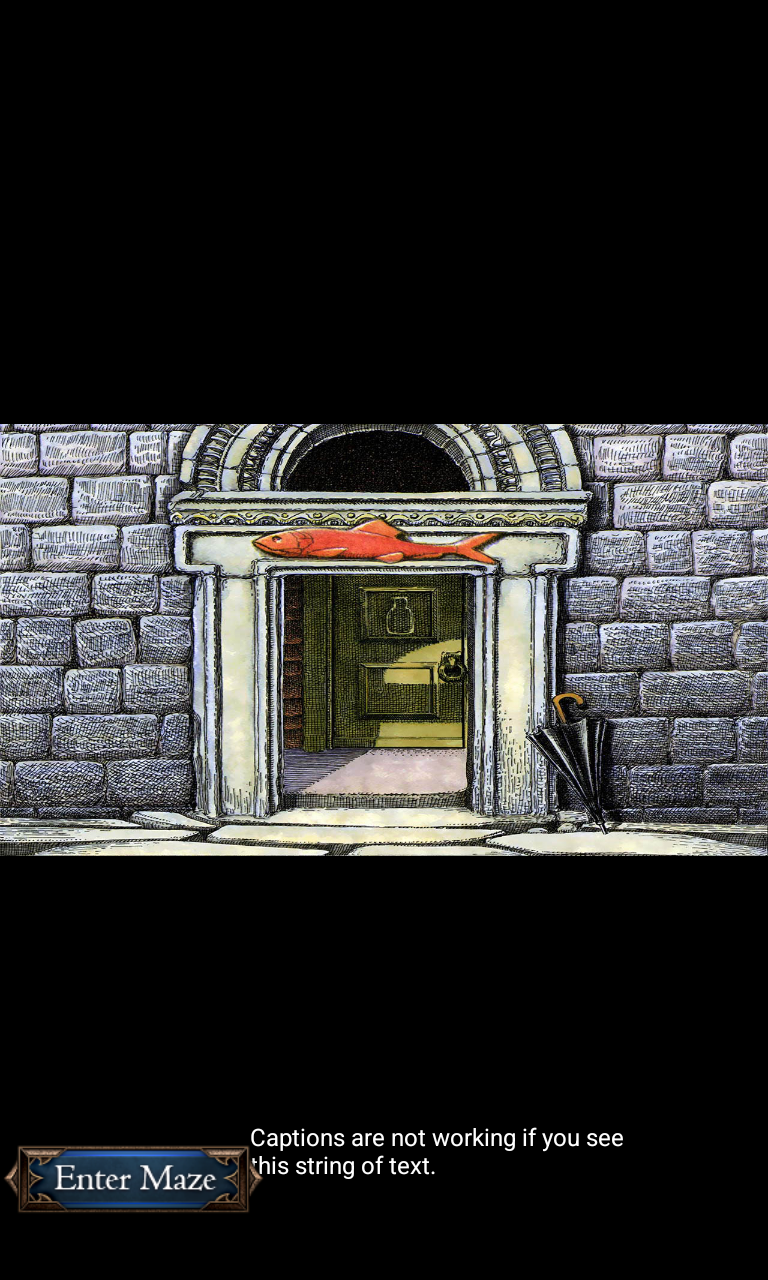
Repository: RandyLedbetter/maze
Layout: MazeTest/res/layout/activity_main.xml
An editor plug-in stored every save of this project. The layout is shown before and after the next save, followed by the edit.
It is drawn on a 768 x 1280 px phone screen (xhdpi) without system bars, with theme android:Theme.NoTitleBar.Fullscreen; the app's code is not run.

Above is the layout before, as saved 2014-04-24 01:35:53.

### MazeTest/res/layout/activity_main.xml
<FrameLayout xmlns:android="http://schemas.android.com/apk/res/android"
     xmlns:tools="http://schemas.android.com/tools"
	 android:id="@+id/my_frame"
	 android:layout_width="fill_parent"
	 android:layout_height="fill_parent"
	 android:background="@color/background" >
	<ImageView
	 android:id="@+id/image_areas"
	 android:layout_width="fill_parent"
	 android:layout_height="fill_parent"
	 android:scaleType="fitCenter"
	 android:visibility="invisible"
	 android:contentDescription="@string/desc"
	 android:src="@drawable/image_map0"
	 />
	 <ImageView
	 android:id="@+id/image"
	 android:layout_width="fill_parent"
	 android:layout_height="fill_parent"
	 android:scaleType="fitCenter"
	 android:contentDescription="@string/desc"
	 android:src="@drawable/room0"
	 />
	 <TextView
      android:id="@+id/txtDisplay"
      android:layout_width="match_parent"
      android:layout_height="wrap_content"
      android:minHeight="@dimen/captions_height"
      android:maxHeight="@dimen/captions_height"
      android:layout_gravity="bottom"
      android:layout_marginLeft="@dimen/captions_left_margin"
      android:layout_marginRight="@dimen/captions_right_margin"
      android:layout_marginBottom="@dimen/captions_bottom_margin"
      android:background="#BB000000"
      android:textSize="@dimen/font_size"
      android:textColor="#FFFFFF"
      android:padding="5dp"
      android:typeface="sans"
      android:text="@string/captions" />

	 <Button
	     android:id="@+id/enter_maze_button"
	     android:layout_width="wrap_content"
	     android:layout_height="wrap_content"
	     android:layout_gravity="bottom"
	     android:layout_marginBottom="@dimen/captions_bottom_margin"
	     android:layout_marginRight="20dp"
	     android:background="@drawable/enter_maze_button"
	     android:scaleType="fitXY" />

</FrameLayout>

### MazeTest/res/values/values.xml
<?xml version="1.0" encoding="utf-8"?>
<resources>
    <color name="background">#000000</color>

</resources>

### MazeTest/res/values/strings.xml
<?xml version="1.0" encoding="utf-8"?>
<resources>

    <string name="app_name">MazeTest</string>
    <string name="action_settings">Settings</string>
    <string name="desc">Room Image</string>
    <string name="captions">Captions are not working if you see this string of text.</string>

</resources>

### MazeTest/res/values/dimens.xml
<resources>

    <!-- Default screen margins, per the Android Design guidelines. -->
    <dimen name="activity_horizontal_margin">16dp</dimen>
    <dimen name="activity_vertical_margin">16dp</dimen>
    <dimen name="font_size">12sp</dimen>
    <dimen name="captions_left_margin">120dp</dimen>
    <dimen name="captions_right_margin">50dp</dimen>
    <dimen name="captions_bottom_margin">30dp</dimen>
    <dimen name="captions_height">55dp</dimen>

</resources>

### MazeTest/res/drawable-hdpi/enter_maze_button.xml
<?xml version="1.0" encoding="utf-8"?>
<selector xmlns:android="http://schemas.android.com/apk/res/android" >
    <item android:drawable="@drawable/enter_maze_btn_pressed"
          android:state_pressed="true" />
    <item android:drawable="@drawable/enter_maze_btn_focused"
          android:state_focused="true" />
    <item android:drawable="@drawable/enter_maze_btn_normal" />

</selector>

After the next save:
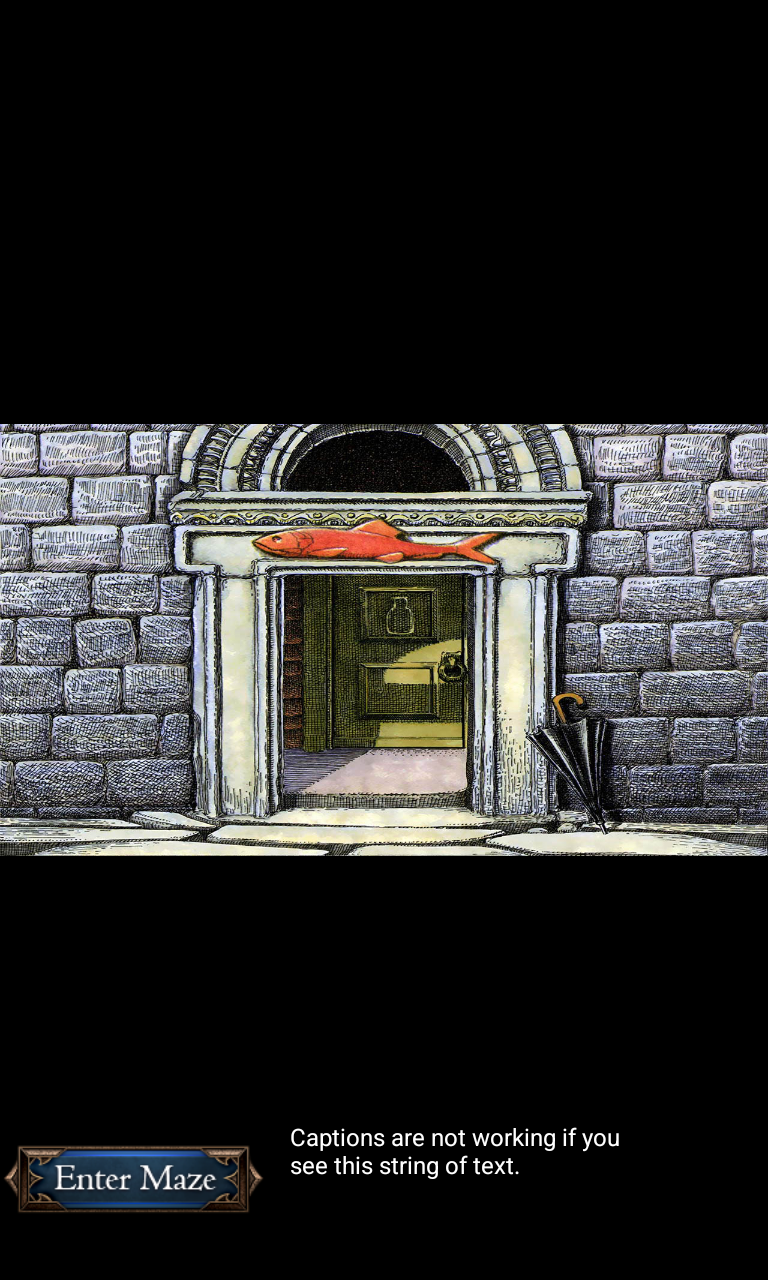
Saved 2 min 24 s later.
--- a/MazeTest/res/values/dimens.xml
+++ b/MazeTest/res/values/dimens.xml
@@ -4,7 +4,7 @@
     <dimen name="activity_horizontal_margin">16dp</dimen>
     <dimen name="activity_vertical_margin">16dp</dimen>
     <dimen name="font_size">12sp</dimen>
-    <dimen name="captions_left_margin">120dp</dimen>
+    <dimen name="captions_left_margin">140dp</dimen>
     <dimen name="captions_right_margin">50dp</dimen>
     <dimen name="captions_bottom_margin">30dp</dimen>
     <dimen name="captions_height">55dp</dimen>
